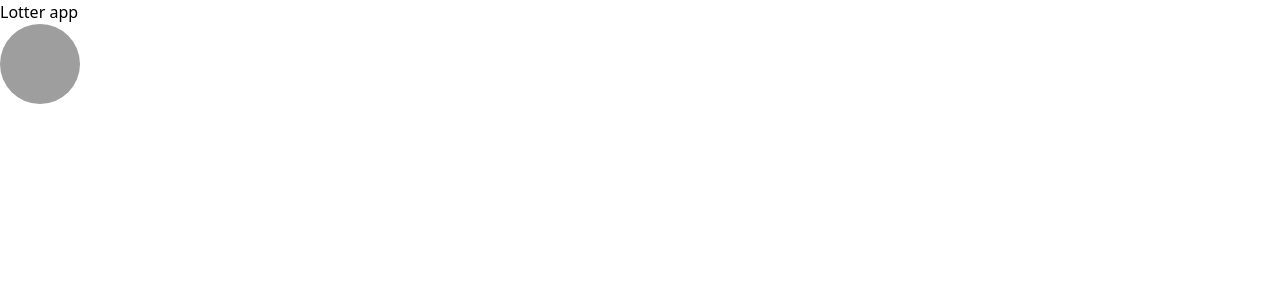
Repository: dcolind/BlockChain-Lotto
Page: /
The author's editor kept a copy of each file at every save. The page is drawn from the files as they stood at one save, then again after the next save.
The browser window is 1280 px wide. The pictures show the whole page.
Pictures or frames that could not be fetched are drawn as grey boxes. The project was rebuilt for these pictures with package versions that can differ from the ones it lists, and the page was loaded fresh each time. The framework's server and built-in components were replaced by stand-ins that run in the browser. Also part of the build but not shown: next.config.js.

Above is the page before, as saved 2022-08-30 11:16:47.

### pages/index.tsx
import type { NextPage } from 'next'
import Head from 'next/head'
import Header from '../components/Header'


const Home: NextPage = () => {
  return (
    <div className="">
      <Head>
        <title>Collie Lottery</title>
        <link rel="icon" href="/favicon.ico" />
      </Head>

      <h1> Lotter app </h1>

      <Header/>

    </div>
  )
}

export default Home

### components/Header.tsx
import React from 'react'

function Header() {
  return (
    <div>
        <div>
           <img className="rounded-full h-20 w-20"
           src="https://i.imgur.com/4h7mAu7.png"
           alt="" />
        </div>

    </div>
  )
}

export default Header

Loaded but not shown: pages/_app.tsx (common file); styles/globals.css (common file); tailwind.config.js (common file)

After the next save:
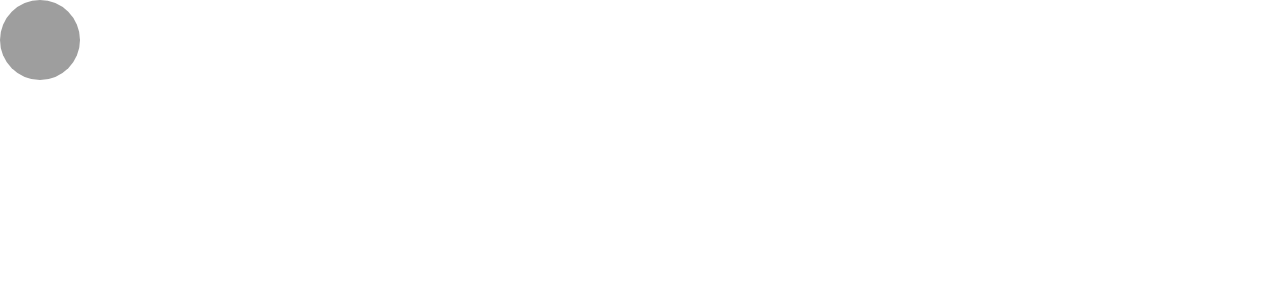
Saved 12 s later.
--- a/pages/index.tsx
+++ b/pages/index.tsx
@@ -11,8 +11,6 @@ const Home: NextPage = () => {
         <link rel="icon" href="/favicon.ico" />
       </Head>
 
-      <h1> Lotter app </h1>
-
       <Header/>
 
     </div>
